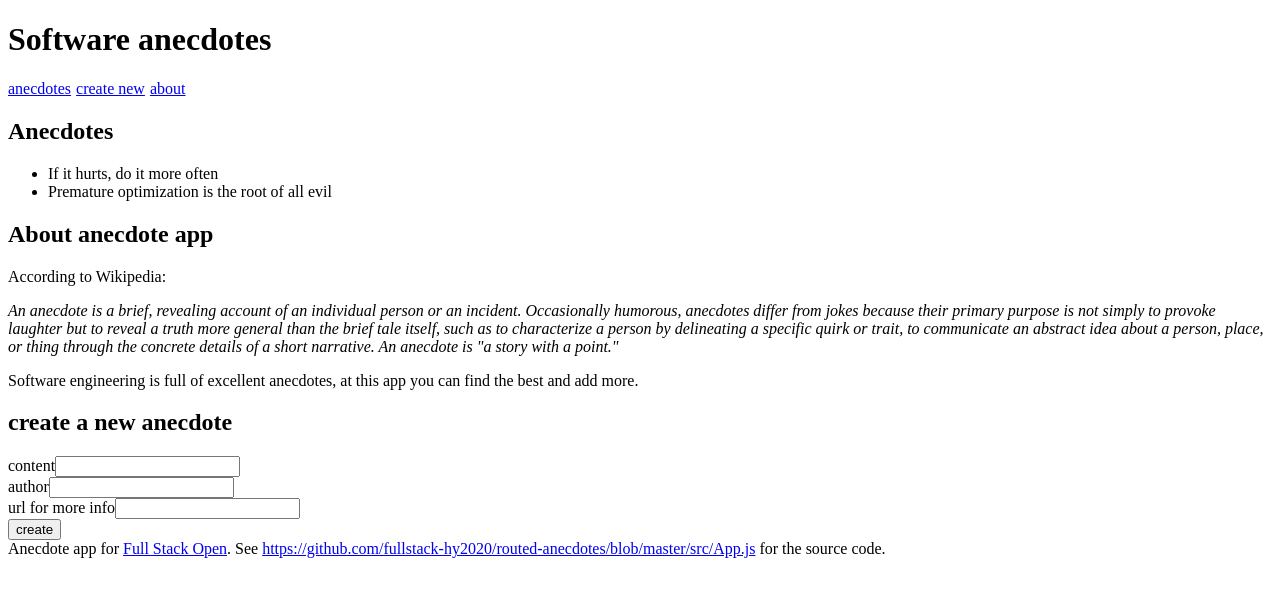
Repository: aqsazahid/router-anecdote
Page: /
These files come from the project's save history. The page is drawn as it stood at one moment and after the next save; the edit follows.
The browser window is 1280 px wide. The pictures show the whole page.
The project was rebuilt for these pictures with package versions that can differ from the ones it lists, and the page was loaded fresh each time. Also part of the build but not shown: vite.config.js.

Above is the page before, as saved 2024-08-29 11:48:09.

### src/App.jsx
import { useState } from 'react'
import { BrowserRouter as Router, Routes, Route, Link} from 'react-router-dom'
const Menu = () => {
  const padding = {
    paddingRight: 5
  }
  return (
    <div>
      <a href='#' style={padding}>anecdotes</a>
      <a href='#' style={padding}>create new</a>
      <a href='#' style={padding}>about</a>
    </div>
  )
}

const AnecdoteList = ({ anecdotes }) => (
  <div>
    <h2>Anecdotes</h2>
    <ul>
      {anecdotes.map(anecdote => <li key={anecdote.id} >{anecdote.content}</li>)}
    </ul>
  </div>
)

const About = () => (
  <div>
    <h2>About anecdote app</h2>
    <p>According to Wikipedia:</p>

    <em>An anecdote is a brief, revealing account of an individual person or an incident.
      Occasionally humorous, anecdotes differ from jokes because their primary purpose is not simply to provoke laughter but to reveal a truth more general than the brief tale itself,
      such as to characterize a person by delineating a specific quirk or trait, to communicate an abstract idea about a person, place, or thing through the concrete details of a short narrative.
      An anecdote is "a story with a point."</em>

    <p>Software engineering is full of excellent anecdotes, at this app you can find the best and add more.</p>
  </div>
)

const Footer = () => (
  <div>
    Anecdote app for <a href='https://fullstackopen.com/'>Full Stack Open</a>.

    See <a href='https://github.com/fullstack-hy2020/routed-anecdotes/blob/master/src/App.js'>https://github.com/fullstack-hy2020/routed-anecdotes/blob/master/src/App.js</a> for the source code.
  </div>
)

const CreateNew = (props) => {
  const [content, setContent] = useState('')
  const [author, setAuthor] = useState('')
  const [info, setInfo] = useState('')


  const handleSubmit = (e) => {
    e.preventDefault()
    props.addNew({
      content,
      author,
      info,
      votes: 0
    })
  }

  return (
    <div>
      <h2>create a new anecdote</h2>
      <form onSubmit={handleSubmit}>
        <div>
          content
          <input name='content' value={content} onChange={(e) => setContent(e.target.value)} />
        </div>
        <div>
          author
          <input name='author' value={author} onChange={(e) => setAuthor(e.target.value)} />
        </div>
        <div>
          url for more info
          <input name='info' value={info} onChange={(e)=> setInfo(e.target.value)} />
        </div>
        <button>create</button>
      </form>
    </div>
  )

}

const App = () => {
  const [anecdotes, setAnecdotes] = useState([
    {
      content: 'If it hurts, do it more often',
      author: 'Jez Humble',
      info: 'https://martinfowler.com/bliki/FrequencyReducesDifficulty.html',
      votes: 0,
      id: 1
    },
    {
      content: 'Premature optimization is the root of all evil',
      author: 'Donald Knuth',
      info: 'http://wiki.c2.com/?PrematureOptimization',
      votes: 0,
      id: 2
    }
  ])

  const [notification, setNotification] = useState('')

  const addNew = (anecdote) => {
    anecdote.id = Math.round(Math.random() * 10000)
    setAnecdotes(anecdotes.concat(anecdote))
  }

  const anecdoteById = (id) =>
    anecdotes.find(a => a.id === id)

  const vote = (id) => {
    const anecdote = anecdoteById(id)

    const voted = {
      ...anecdote,
      votes: anecdote.votes + 1
    }

    setAnecdotes(anecdotes.map(a => a.id === id ? voted : a))
  }

  return (
    <div>
      <h1>Software anecdotes</h1>
      <Menu />
      <AnecdoteList anecdotes={anecdotes} />
      <About />
      <CreateNew addNew={addNew} />
      <Footer />
    </div>
  )
}

export default App

Loaded but not shown: index.html (common file); src/main.jsx (common file)

After the next save:
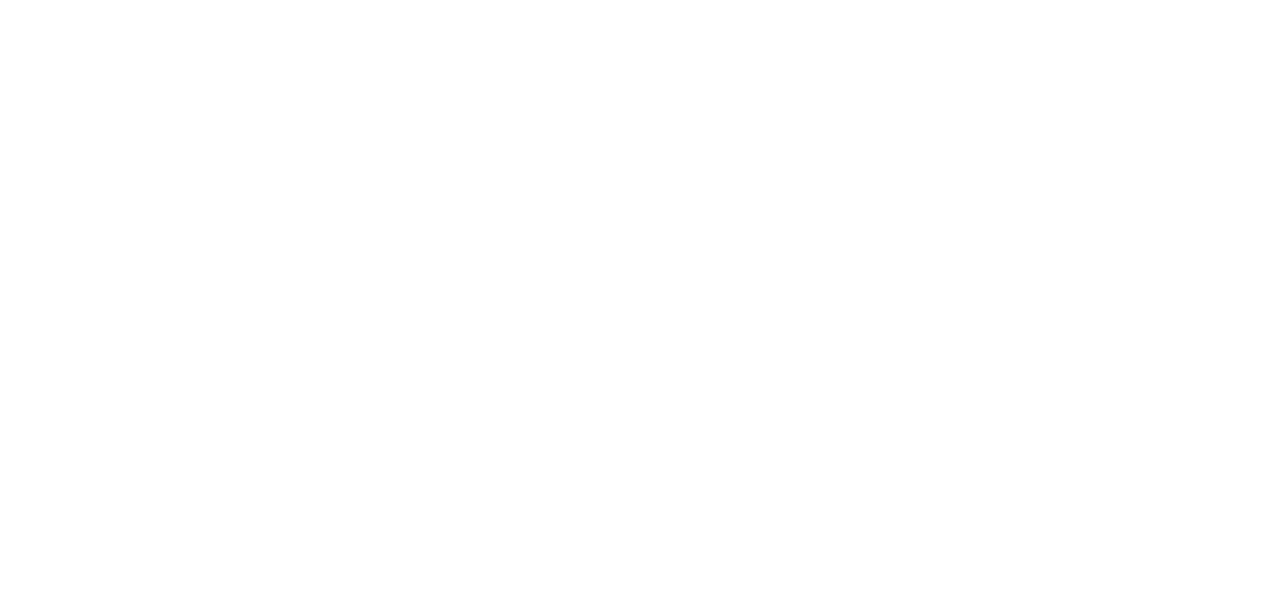
Console error: ReferenceError: AnecdoteList is not defined
Saved 5 min 10 s later.
--- a/src/App.jsx
+++ b/src/App.jsx
@@ -5,22 +5,29 @@
     paddingRight: 5
   }
   return (
-    <div>
-      <a href='#' style={padding}>anecdotes</a>
-      <a href='#' style={padding}>create new</a>
-      <a href='#' style={padding}>about</a>
-    </div>
+    <Router>
+      <div>
+        <a href='#' style={padding}>anecdotes</a>
+        <a href='#' style={padding}>create new</a>
+        <a href='#' style={padding}>about</a>
+      </div>
+      <Routes>
+        <Route path="/" element={<Anecdotes />} />
+        <Route path="/create" element={<CreateAnecdote />} />
+        <Route path="/abount" element={<About />} />
+      </Routes>
+    </Router>
   )
 }
 
-const AnecdoteList = ({ anecdotes }) => (
-  <div>
-    <h2>Anecdotes</h2>
-    <ul>
-      {anecdotes.map(anecdote => <li key={anecdote.id} >{anecdote.content}</li>)}
-    </ul>
-  </div>
-)
+// const AnecdoteList = ({ anecdotes }) => (
+//   <div>
+//     <h2>Anecdotes</h2>
+//     <ul>
+//       {anecdotes.map(anecdote => <li key={anecdote.id} >{anecdote.content}</li>)}
+//     </ul>
+//   </div>
+// )
 
 const About = () => (
   <div>

After the 2 saves that followed:
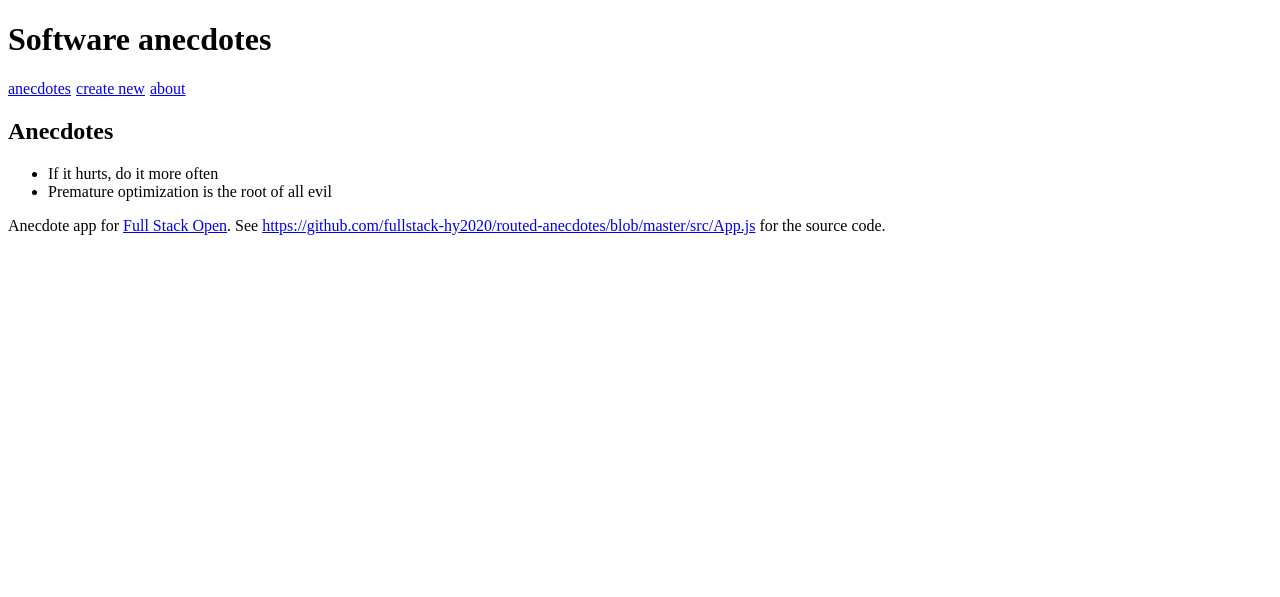
The error is gone.
The 2 saves are shown as one change because 1 left the picture as it was.
The last was saved 6 min 3 s later.
--- a/src/App.jsx
+++ b/src/App.jsx
@@ -5,29 +5,22 @@
     paddingRight: 5
   }
   return (
-    <Router>
-      <div>
-        <a href='#' style={padding}>anecdotes</a>
-        <a href='#' style={padding}>create new</a>
-        <a href='#' style={padding}>about</a>
-      </div>
-      <Routes>
-        <Route path="/" element={<Anecdotes />} />
-        <Route path="/create" element={<CreateAnecdote />} />
-        <Route path="/abount" element={<About />} />
-      </Routes>
-    </Router>
+    <div>
+      <Link to="/" style={padding}>anecdotes</Link>
+      <Link to="/create" style={padding}>create new</Link>
+      <Link to="/about" style={padding}>about</Link>
+    </div>
   )
 }
 
-// const AnecdoteList = ({ anecdotes }) => (
-//   <div>
-//     <h2>Anecdotes</h2>
-//     <ul>
-//       {anecdotes.map(anecdote => <li key={anecdote.id} >{anecdote.content}</li>)}
-//     </ul>
-//   </div>
-// )
+const AnecdoteList = ({ anecdotes }) => (
+  <div>
+    <h2>Anecdotes</h2>
+    <ul>
+      {anecdotes.map(anecdote => <li key={anecdote.id} >{anecdote.content}</li>)}
+    </ul>
+  </div>
+)
 
 const About = () => (
   <div>
@@ -130,14 +123,21 @@
   }
 
   return (
+    <Router>
     <div>
       <h1>Software anecdotes</h1>
       <Menu />
-      <AnecdoteList anecdotes={anecdotes} />
+      {/* <AnecdoteList anecdotes={anecdotes} />
       <About />
-      <CreateNew addNew={addNew} />
+      <CreateNew addNew={addNew} /> */}
+      <Routes>
+        <Route path="/" element={<AnecdoteList anecdotes={anecdotes} />} />
+        <Route path="/create" element={<CreateNew addNew={addNew} />} />
+        <Route path="/about" element={<About />} />
+      </Routes>
       <Footer />
     </div>
+    </Router>
   )
 }
 
